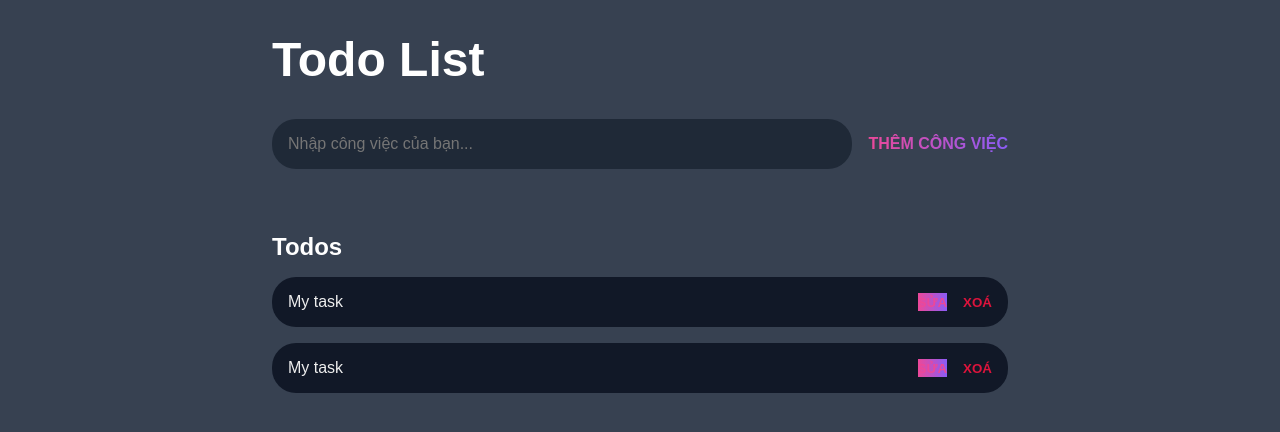
Repository: ntheanh/Todo-List
Page: index.html
The author's editor kept a copy of each file at every save. The page is drawn from the files as they stood at one save, then again after a run of saves.
The browser window is 1280 px wide. The pictures show the whole page.
The style sheet was rebuilt from its Sass, Less or Tailwind sources for each picture, by a compiler version that may differ from the author's.

Above is the page before, as saved 2023-03-15 23:09:21.

### index.html
<!DOCTYPE html>
<html lang="en">
  <head>
    <meta charset="UTF-8" />
    <meta http-equiv="X-UA-Compatible" content="IE=edge" />
    <meta name="viewport" content="width=device-width, initial-scale=1.0" />
    <title>My Todo List</title>
    <link rel="stylesheet" href="style.css" />
  </head>
  <body>
    <header>
      <h1>Todo List</h1>
      <form action="" id="new-todo-form">
        <input
          id="new-todo-input"
          type="text"
          name="todo"
          placeholder="Nhập công việc của bạn... "
        />
        <input id="new-todo-submit" type="submit" value="Thêm Công Việc" />
      </form>
    </header>
    <main>
      <section class="task-list">
        <h2>Todos</h2>
        <div id="tasks">
          <div class="task">
            <div class="content">
              <input
                type="text"
                class="content_input"
                value="My task"
                readonly
              />
            </div>
            <div class="actions">
              <button class="edit">Sửa</button>
              <button class="delete">Xoá</button>
            </div>
          </div>
          <div class="task">
            <div class="content">
              <input
                type="text"
                class="content_input"
                value="My task"
                readonly
              />
            </div>
            <div class="actions">
              <button class="edit">Sửa</button>
              <button class="delete">Xoá</button>
            </div>
          </div>
        </div>
      </section>
    </main>

    <script src="app.js"></script>
  </body>
</html>

### style.scss
:root {
  --dark: #374151;
  --darker: #1f2937;
  --darkest: #111827;
  --gray: #6b7280;
  --light: #eee;
  --pink: #ec4899;
  --purple: #8b5cf6;
}

* {
  margin: 0;
  padding: 0;
  box-sizing: border-box;
  font-family: "Poppins", sans-serif;
}

body {
  display: flex;
  flex-direction: column;
  min-height: 100vh;
  background: var(--dark);
  color: #fff;
}

header {
  padding: 2rem;
  width: 100%;
  max-width: 800px;
  margin: 0 auto;
  h1 {
    font-size: 3rem;
    font-weight: 600;
    margin-bottom: 2rem;
  }
}
#new-todo-form {
  display: flex;
}

input,
button {
  appearance: none;
  border: none;
  outline: none;
  background: none;
}

#new-todo-input {
  flex: 1 1 0%;
  background: var(--darker);
  padding: 1rem;
  border-radius: 1.5rem;
  margin-right: 1rem;
  color: var(--light);
  font-size: 1rem;
}
#new-todo-submit {
  color: var(--pink);
  font-size: 1rem;
  font-weight: 700;
  text-transform: uppercase;
  background: linear-gradient(to right, var(--pink), var(--purple));
  background-clip: text;
  -webkit-text-fill-color: transparent;
  transition: 0.4s;
  &:hover {
    opacity: 0.8;
  }
  &:active {
    opacity: 0.6;
  }
}

main {
  flex: 1 1 0%;
  width: 100%;
  max-width: 800px;
  margin: 0 auto;
  .task-list {
    padding: 2rem;
    h2 {
      font-size: 1.5rem;
      font-weight: 600;
      margin-bottom: 1rem;
    }
    #tasks .task {
      display: flex;
      justify-content: space-between;
      background: var(--darkest);
      padding: 1rem;
      border-radius: 1.5rem;
      margin-bottom: 1rem;
      .content .content_input {
        color: var(--light);
        font-size: 1rem;
        font-weight: 500;
        &:not(:read-only) {
          color: var(--pink);
        }
      }
      .actions {
        display: flex;
        margin: 0 -0.5rem;
        button {
          text-transform: uppercase;
          margin: 0 0.5rem;
          cursor: pointer;
          font-weight: 600;
        }
        .edit {
          color: var(--pink);
          background: linear-gradient(to right, var(--pink), var(--purple));
        }
        .delete {
          color: crimson;
        }
      }
    }
  }
}

Loaded but not shown: app.js (no stored copy; drawn as an empty file)

After the next 2 saves:
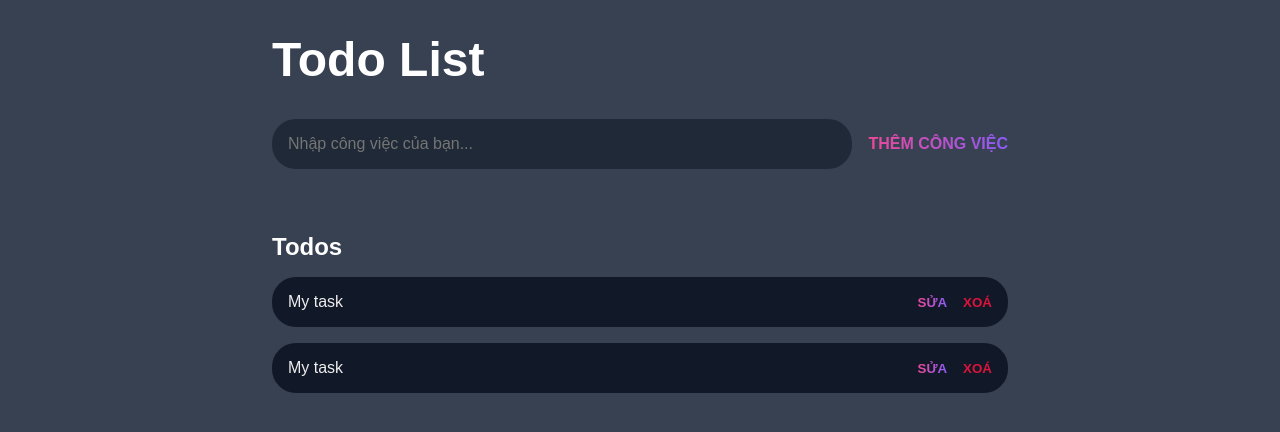
The 2 saves are shown as one change because they came seconds apart.
The last was saved 14 s later.
--- a/style.scss
+++ b/style.scss
@@ -111,6 +111,8 @@ main {
         .edit {
           color: var(--pink);
           background: linear-gradient(to right, var(--pink), var(--purple));
+          background-clip: text;
+          -webkit-text-fill-color: transparent;
         }
         .delete {
           color: crimson;
